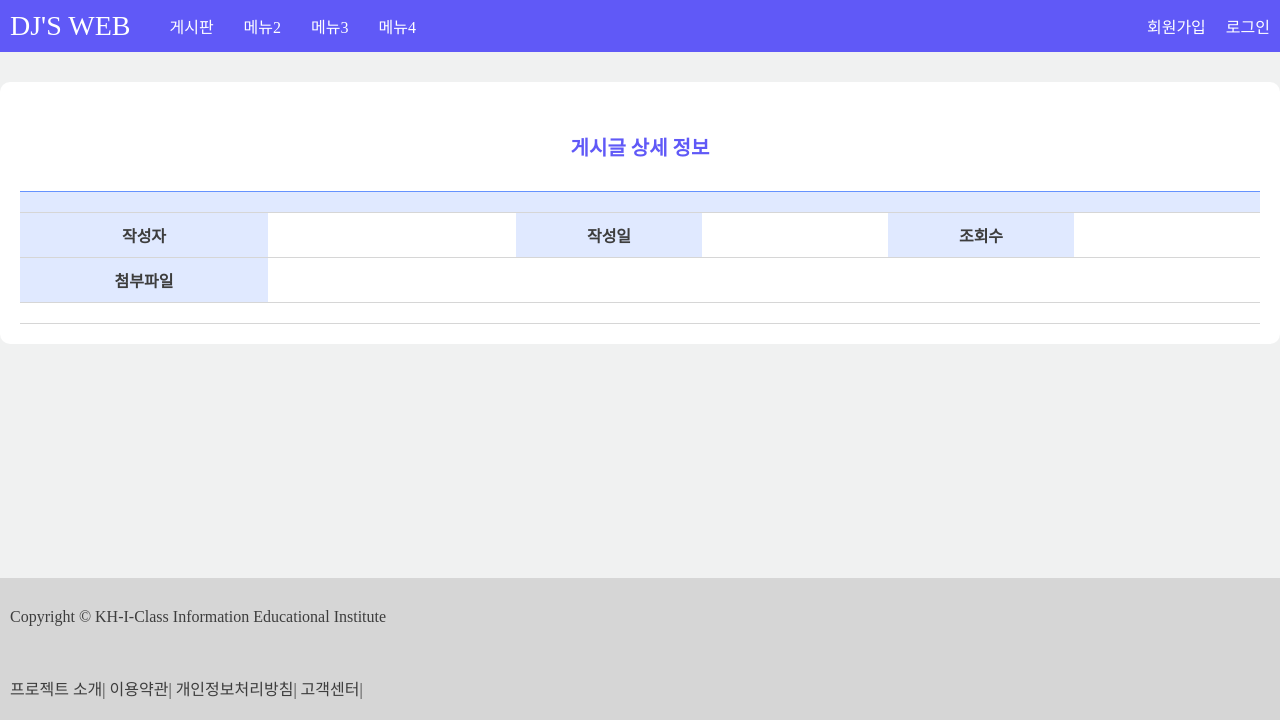
Repository: Godzilla-Man/codingStudy
Page: http://localhost/server_06_notice/notice/view
An editor plug-in stored every save of this project. The page is shown before and after the next save, followed by the edit.
The browser window is 1280 px wide. The pictures show the whole page.
Some web fonts or font styles are not loaded; a fallback is used. The page is served by Tomcat 9. Queries for data that is not in the repository find no rows.

Above is the page before, as saved 2025-05-13 00:37:33.

After the next save:
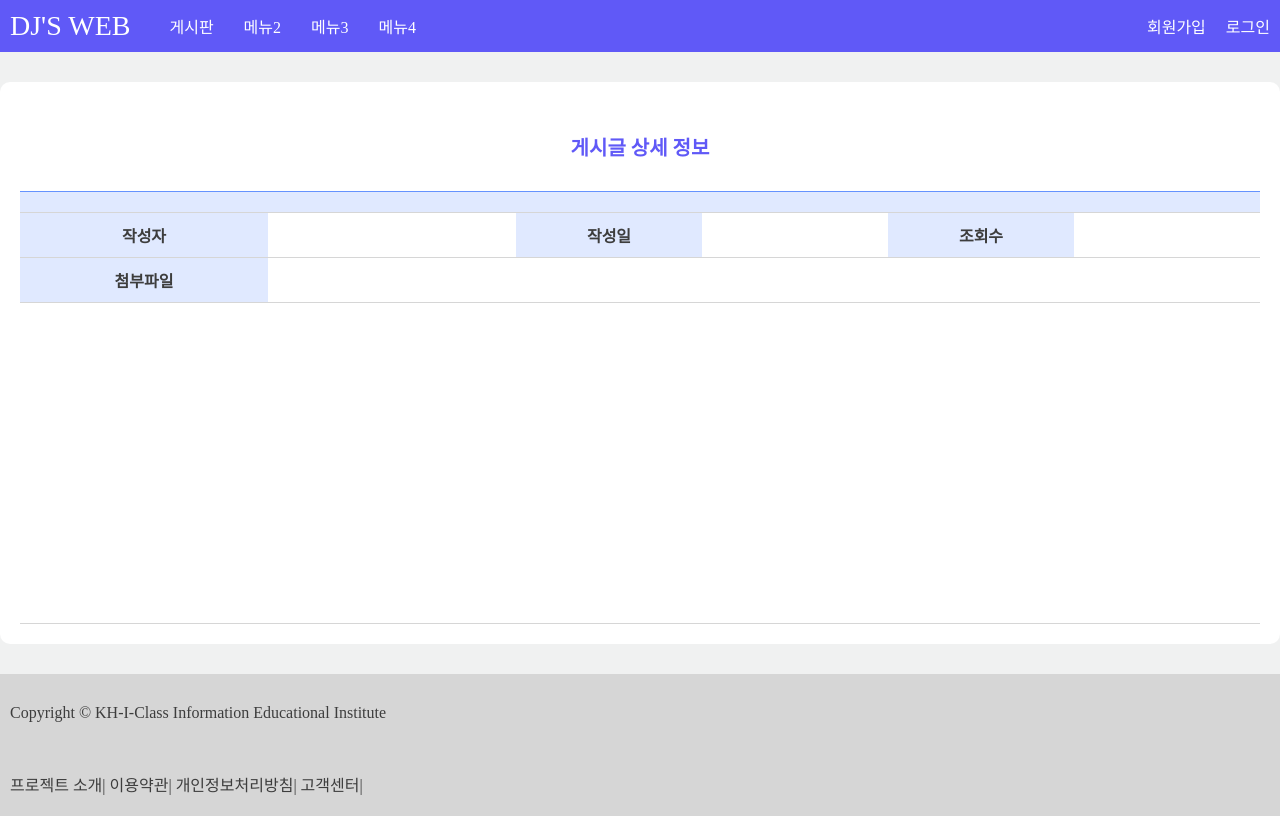
Saved 30 s later.
--- a/server_06_notice/src/main/webapp/WEB-INF/views/notice/view.jsp
+++ b/server_06_notice/src/main/webapp/WEB-INF/views/notice/view.jsp
@@ -28,6 +28,9 @@
 	}
 	.inputCommentBox {
 		margin-top : 15px;
+	}
+	.noticeContent {
+		min-height: 300px;
 	}
 </style>
 
